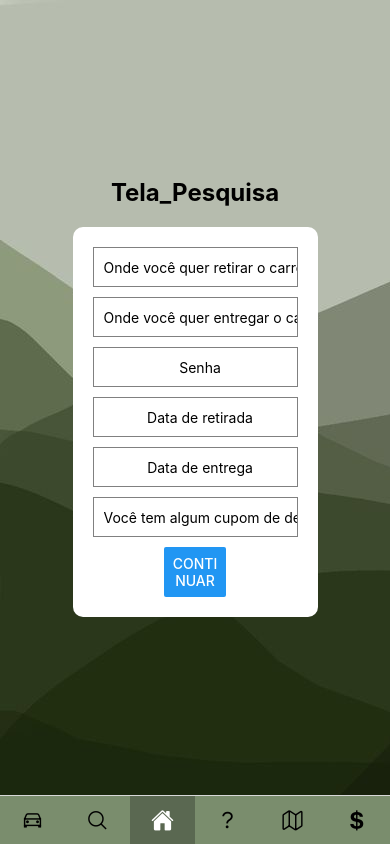
Repository: GabrielAron/EcoWheels
Page: /Home
These files come from the project's save history. The page is drawn as it stood at one moment and after the next save; the edit follows.
The browser window is 390 px wide. The pictures show the whole page.
The app was drawn by React Native's web renderer in a window 390 px wide. The project was rebuilt for these pictures with package versions that can differ from the ones it lists, and the page was loaded fresh each time. Also part of the build but not shown: src/Paginas/Carros/index.js, src/Paginas/Ajuda/index.js, src/Paginas/Mapa/index.js, src/Paginas/Pagamento/pagamento.js.

Above is the page before, as saved 2023-11-24 14:38:29.

After the next save:
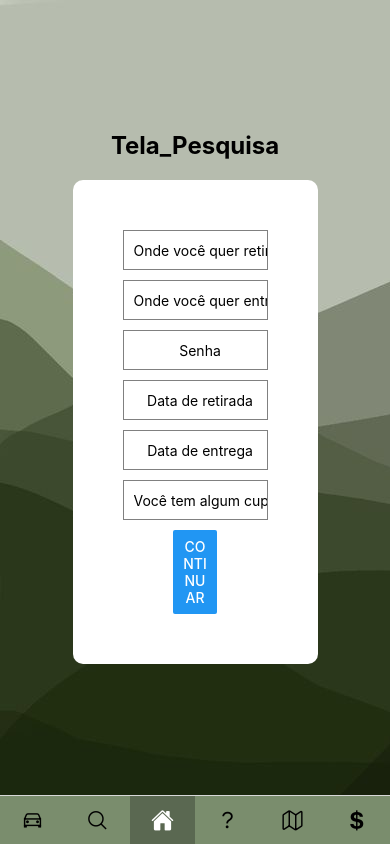
Saved 8 s later.
--- a/src/Paginas/Home/index.js
+++ b/src/Paginas/Home/index.js
@@ -51,7 +51,7 @@ const styles = StyleSheet.create({
   formContainer: {
     backgroundColor: 'white',
     borderRadius: 10,
-    padding: 20,
+    padding: 50,
     width: '70%',
     alignSelf: 'center',
   },
